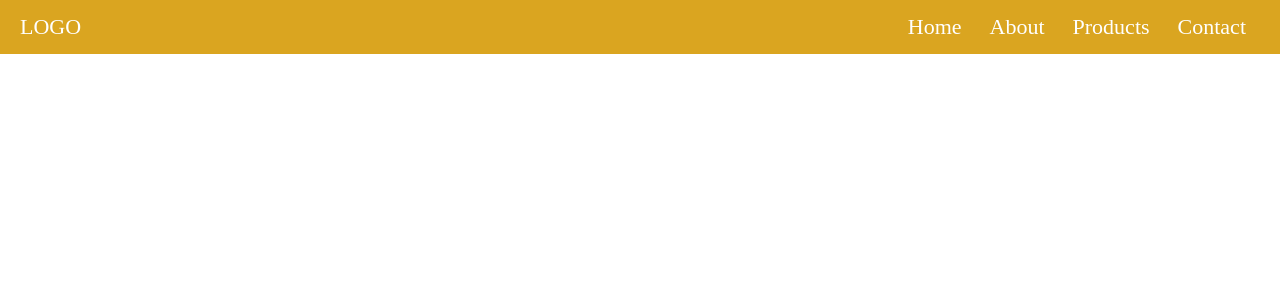
Repository: albayrakfatih/Flex-Navbar
Page: navbar-w-flexbox.html
These files come from the project's save history. The page is drawn as it stood at one moment and after the next save; the edit follows.
The browser window is 1280 px wide. The pictures show the whole page.

Above is the page before, as saved 2023-05-09 20:12:28.

After the next save:
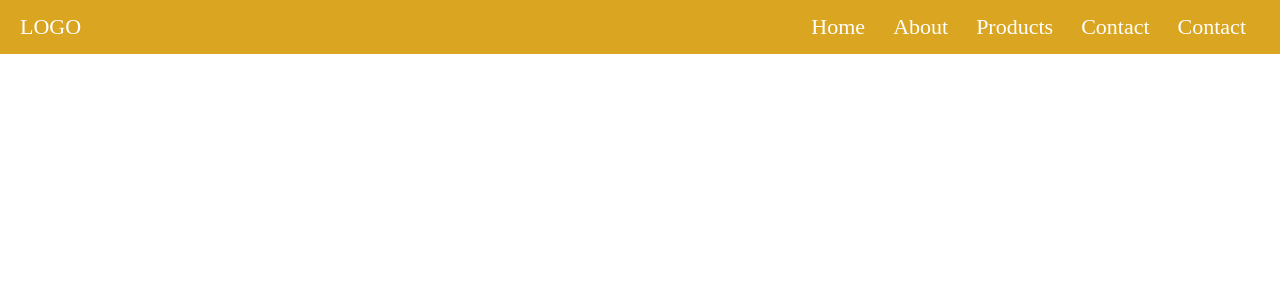
Saved 16 s later.
--- a/navbar-w-flexbox.html
+++ b/navbar-w-flexbox.html
@@ -18,6 +18,8 @@
             <li><a href="#">About</a></li>
             <li><a href="#">Products</a></li>
             <li><a href="#">Contact</a></li>
+            <li><a href="#">Contact</a></li>
+
         </ul>
     </nav>
 
